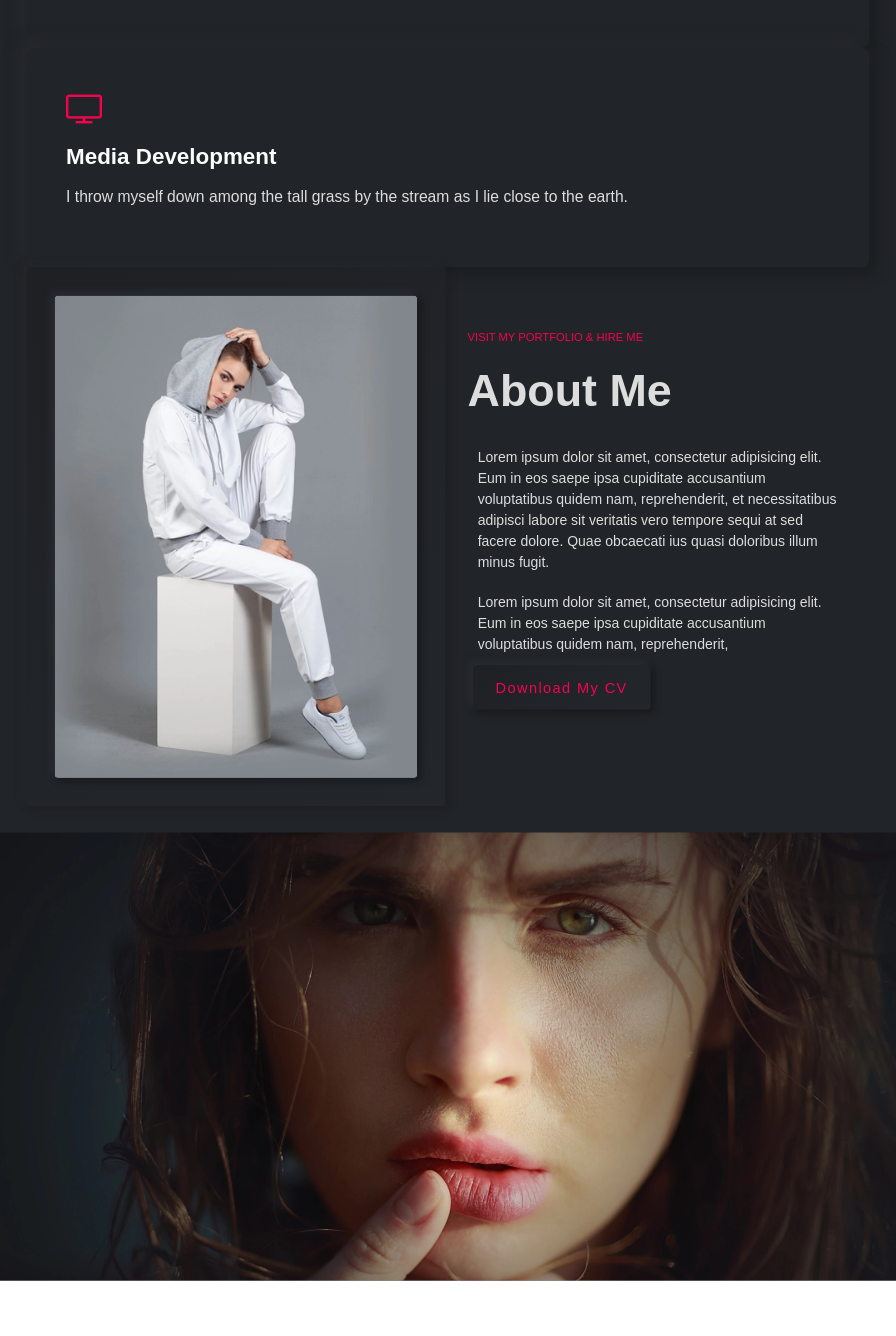
Repository: arminprogramme/inbio
Page: /
An editor plug-in stored every save of this project. The page is shown before and after the next save, followed by the edit.
The browser window is 1280 px wide. The pictures show the part of the page from y = 1526 to 3446 px (the page is 3435 px tall before and 3446 px after), at 70% of full size.
Backgrounds fixed to the window are drawn as part of the page. Some web libraries are served in a nearby version. The project was rebuilt for these pictures with package versions that can differ from the ones it lists, and the page was loaded fresh each time. Also part of the build but not shown: vite.config.js.

Above is the page before, as saved 2023-10-20 04:41:15.

After the next save:
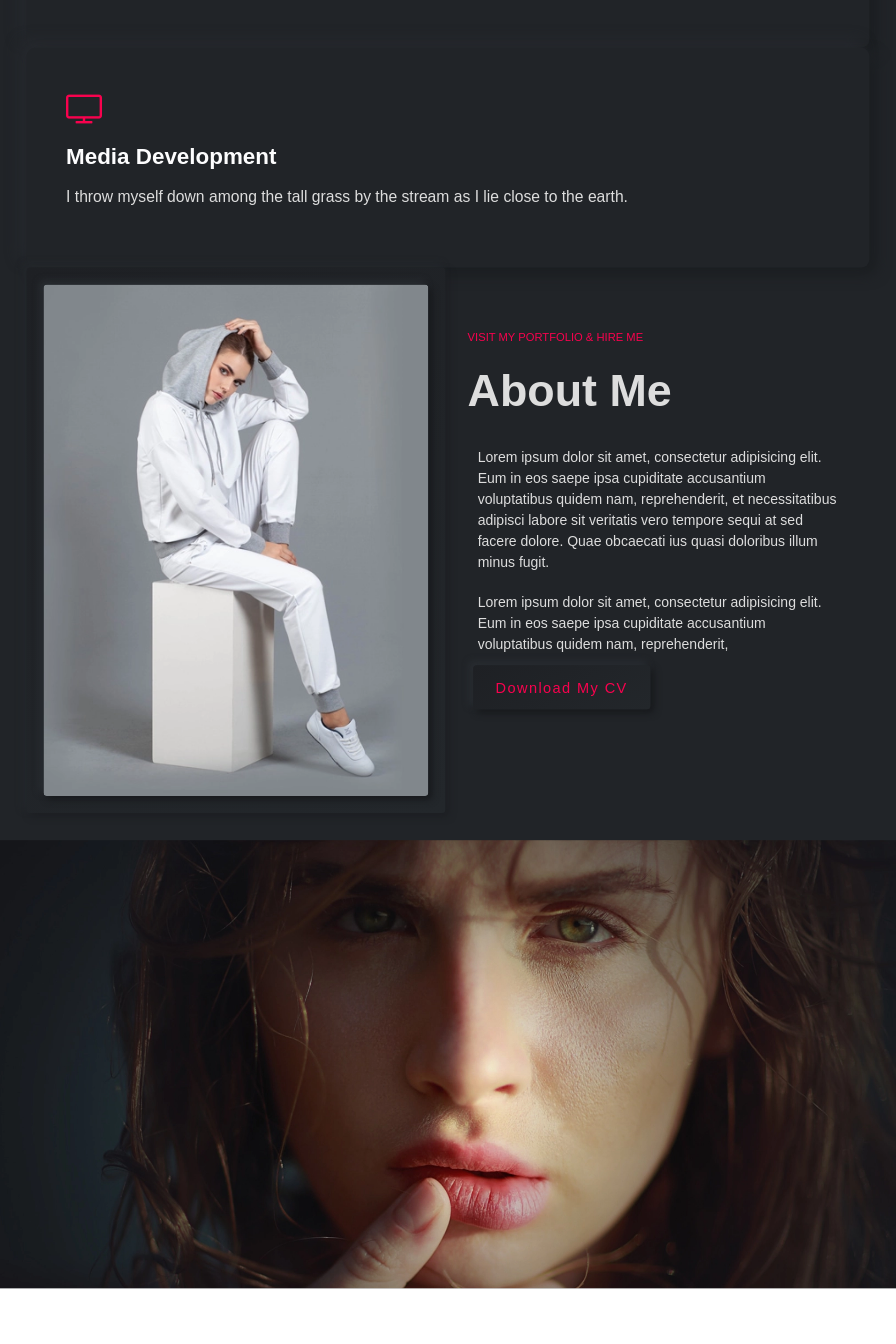
Saved 19 s later.
--- a/src/Component/Body/About/About.css
+++ b/src/Component/Body/About/About.css
@@ -1,5 +1,5 @@
 .img-about {
-    padding: 2.5rem;
+    padding: 1.5rem;
     border-radius: 5px;
     background: linear-gradient(145deg, #1e2024, #23272b);
     box-shadow: 5px 5px 10px #1d1f23, -5px -5px 10px #25292d;
@@ -7,13 +7,13 @@
 }
 
 .inner-img-about {
-    border-radius: 5px;
+    border-radius: 10px;
     background: #212428;
     box-shadow: 5px 5px 10px #17191c, -5px -5px 10px #2b2f34;
-    -webkit-border-radius: 5px;
-    -moz-border-radius: 5px;
-    -ms-border-radius: 5px;
-    -o-border-radius: 5px;
+    -webkit-border-radius: 10px;
+    -moz-border-radius: 10px;
+    -ms-border-radius: 10px;
+    -o-border-radius: 10px;
     width: 100%;
     height: auto;
     border-radius: 5px;
